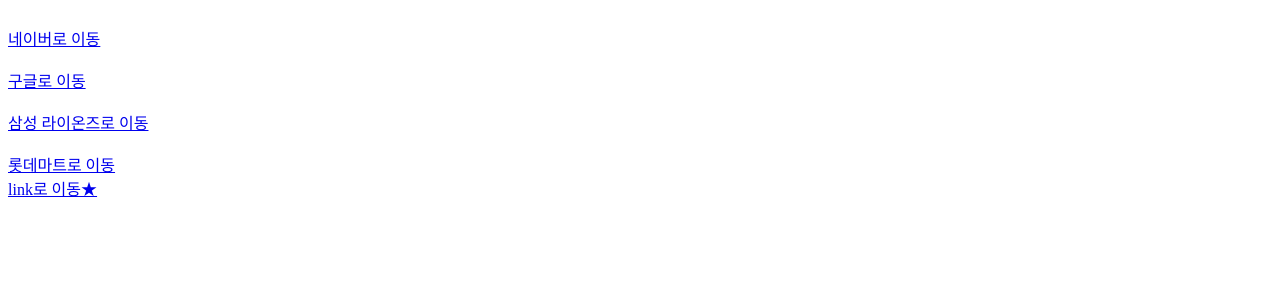
Repository: guswnsdldl/gb
Page: html workspace/d_link/src/main/webapp/link-task.html
An editor plug-in stored every save of this project. The page is shown before and after the next save, followed by the edit.
The browser window is 1280 px wide. The pictures show the whole page.

Above is the page before, as saved 2024-08-06 01:11:00.

### html workspace/d_link/src/main/webapp/link-task.html
<!DOCTYPE html>
<html>
<head>
<meta charset="UTF-8">
<title>링크 태그 - 실습</title>
</head>
<body>

<!--
네이버로 이동
구글로 이동
삼성으로 이동
롯데마트로 이동
link.html로 이동
 -->

<br> <a href="http://www.naver.com">네이버로 이동</a> </br>
<br><a href="http://www.google.com">구글로 이동</a> </br>
<br><a href="https://www.samsunglions.com/">삼성 라이온즈로 이동</a></br>
<br><a href="https://www.lotteon.com">롯데마트로 이동</a></br>
<a href="link.html" target="_blank">link로 이동★</a>

</body>
</html>

After the next save:
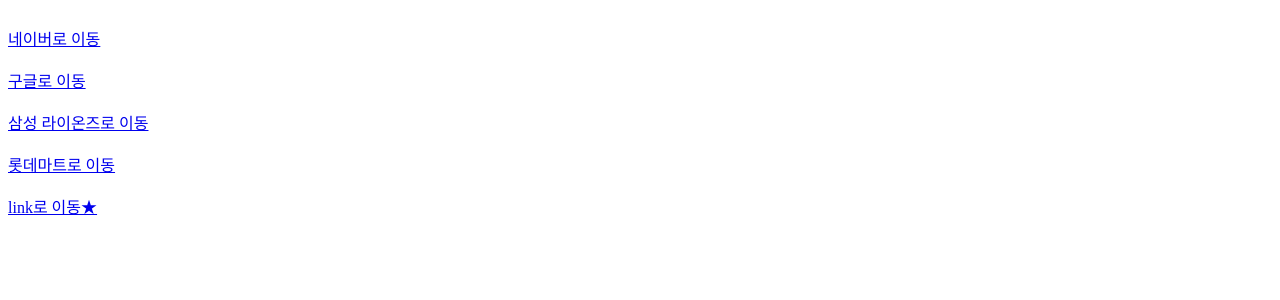
Saved 18 s later.
--- a/html workspace/d_link/src/main/webapp/link-task.html
+++ b/html workspace/d_link/src/main/webapp/link-task.html
@@ -18,7 +18,7 @@
 <br><a href="http://www.google.com">구글로 이동</a> </br>
 <br><a href="https://www.samsunglions.com/">삼성 라이온즈로 이동</a></br>
 <br><a href="https://www.lotteon.com">롯데마트로 이동</a></br>
-<a href="link.html" target="_blank">link로 이동★</a>
+<br><a href="link.html" target="_blank">link로 이동★</a></br>
 
 </body>
 </html>
